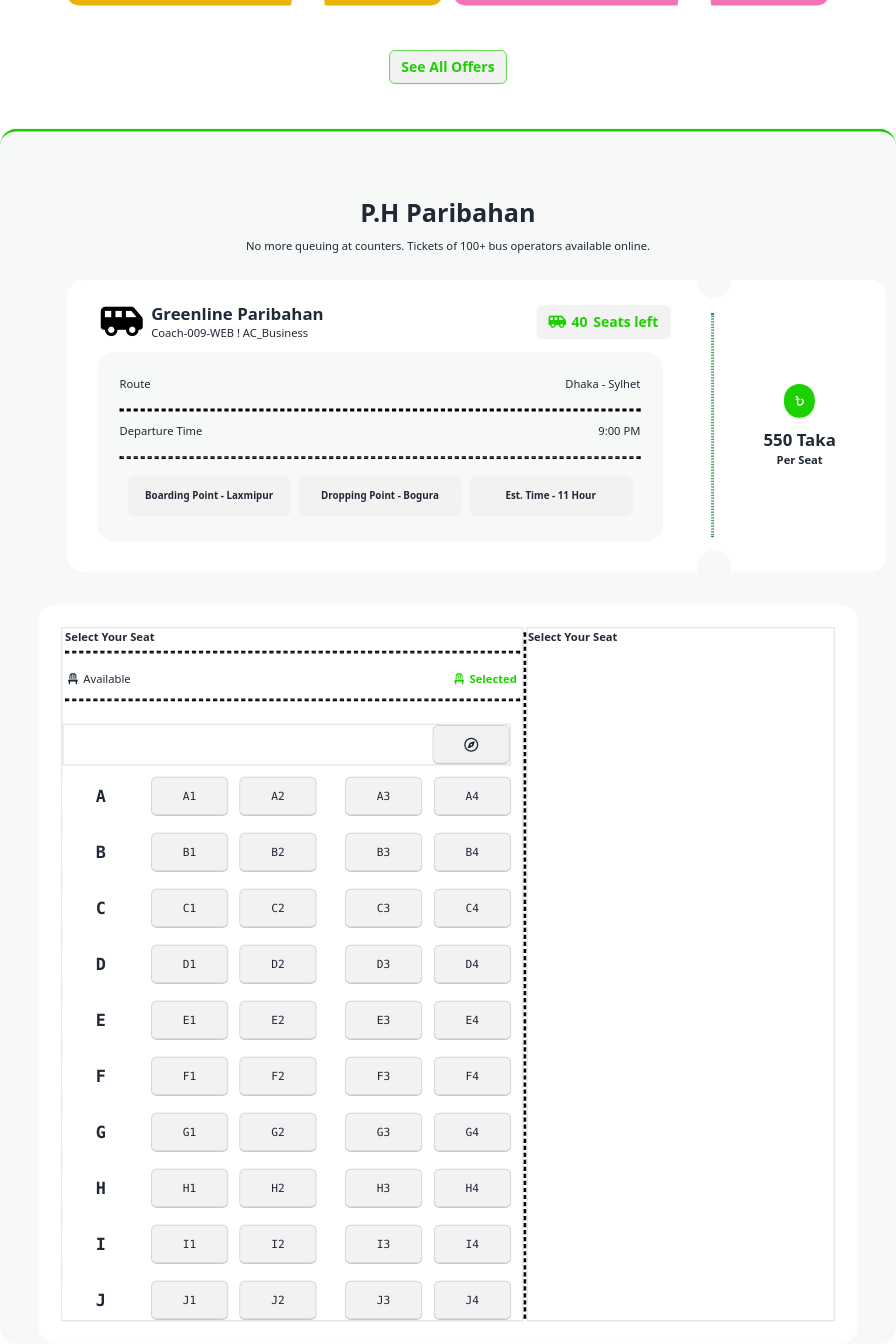
Repository: RudrasahaDibos/Smart-ticketing
Page: index.html
The author's editor kept a copy of each file at every save. The page is drawn from the files as they stood at one save, then again after the next save.
The browser window is 1280 px wide. The pictures show the part of the page from y = 1134 to 3054 px (the page is 3054 px tall), at 70% of full size.
Some web fonts or font styles are not loaded; a fallback is used. Some web libraries are served in a nearby version.

Above is the page before, as saved 2024-11-10 14:16:06.

### index.html
<!DOCTYPE html>
<html lang="en">
  <head>
    <meta charset="UTF-8">
    <meta name="viewport" content="width=device-width, initial-scale=1.0">
    <title>Smart-ticketing</title>
    <!-- tailwind link -->
    <link href="https://cdn.jsdelivr.net/npm/daisyui@4.12.14/dist/full.min.css"
      rel="stylesheet" type="text/css" />
    <script src="https://cdn.tailwindcss.com"></script>
    <!-- font awesome link -->
    <link rel="stylesheet"
      href="https://cdnjs.cloudflare.com/ajax/libs/font-awesome/6.6.0/css/all.min.css"
      integrity="sha512-Kc323vGBEqzTmouAECnVceyQqyqdsSiqLQISBL29aUW4U/M7pSPA/gEUZQqv1cwx4OnYxTxve5UMg5GT6L4JJg=="
      crossorigin="anonymous" referrerpolicy="no-referrer" />

    <!-- google fonts  -->
    <link rel="preconnect" href="https://fonts.googleapis.com">
    <link rel="preconnect" href="https://fonts.gstatic.com" crossorigin>
    <link
      href="https://fonts.googleapis.com/css2?family=Anton+SC&family=Manrope:wght@200..800&family=Raleway:ital,wght@0,100..900;1,100..900&display=swap"
      rel="stylesheet">

    <style>
.raleway{
  font-family: "Raleway", sans-serif;
}
</style>

  </head>
  <body>
    <!-- header ends here -->
    <header class="container mx-auto lg:pl-24 lg:pr-24 lg:pt-4 w-[1400px]">
      <div>
        <!-- navbar starts here -->
        <div class="navbar bg-base-100">
          <div class="navbar-start">
            <div class="dropdown">
              <div tabindex="0" role="button" class="btn btn-ghost lg:hidden">
                <svg
                  xmlns="http://www.w3.org/2000/svg"
                  class="h-5 w-5"
                  fill="none"
                  viewBox="0 0 24 24"
                  stroke="currentColor">
                  <path
                    stroke-linecap="round"
                    stroke-linejoin="round"
                    stroke-width="2"
                    d="M4 6h16M4 12h8m-8 6h16" />
                </svg>
              </div>
              <ul
                tabindex="0"
                class="menu menu-sm dropdown-content bg-base-100 rounded-box z-[1] mt-3 w-52 p-2 shadow">
                <li><a>Home</a></li>
                <li><a>About</a></li>
                <li><a>Destination</a></li>
                <li><a>Search</a></li>
              </ul>
            </div>
            <a class="btn btn-ghost text-2xl font-extrabold">E-Ticket</a>
          </div>
          <div class="navbar-center hidden lg:flex">
            <ul class="menu menu-horizontal px-1">
              <li><a>Home</a></li>
              <li><a>About</a></li>
              <li><a>Destination</a></li>
              <li><a>Search</a></li>
            </ul>
          </div>
          <div class="navbar-end">
            <a class="btn text-[#1DD100]  border-1  text-xl">Bus <i
                class="fa-solid fa-van-shuttle"></i></a>
          </div>
        </div>
      </div>

      <!-- banner start here -->

      <div
        class="hero h-[550px] mt-8 bg-[url('/images/banner.png')] rounded-3xl relative">

        <div class="hero-content text-neutral-content text-center">
          <div class>
            <h1 class="mb-5 text-5xl font-extrabold">End-to-End Travel with <br>
              <span class="text-5xl text-[#1DD100]  font-extrabold">P
                Paribahan</span></h1>
            <p class="mb-5">
              A one-stop solution for your travel needs

              Introducing you to the Shohoz way of life
            </p>
            <button class="btn bg-[#1DD100] border-none">Buy Tickets</button>
          </div>
        </div>
      </div>

      <!-- banner end here -->

      <!-- 3 card start here  -->

      <div
        class=" flex justify-between items-center gap-4 pl-16 pr-16 absolute -bottom-4   ">
        <div
          class="stat flex bg-white justify-center items-center shadow-xl  border-b-4 border-b-[#1DD100]  rounded-2xl w-[338px] h-[138px]">
          <div class="text-[#1DD100] text-2xl font-extrabold ">
            <i class="fa-solid fa-users"></i>
          </div>

          <div>
            <div class="stat-value">500K+</div>
            <div class="stat-desc text-xl ">Registered users</div>
          </div>

        </div>

        <div
          class="stat flex bg-white justify-center items-center  border-b-4 border-b-[#1DD100] shadow-xl  rounded-2xl w-[338px] h-[138px]">
          <div class="text-[#1DD100] text-2xl font-extrabold ">
            <i class="fa-solid fa-ticket  "></i>

          </div>

          <div>
            <div class="stat-value">1.7 lacks</div>
            <div class="stat-desc text-xl ">Tickets sold</div>
          </div>

        </div>

        <div
          class="stat flex bg-white justify-center items-center  border-b-4 border-b-[#1DD100] shadow-xl  rounded-2xl w-[338px] h-[138px]">
          <div class="text-[#1DD100] text-2xl font-extrabold ">
            <i class="fa-solid fa-van-shuttle"></i>

          </div>

          <div>
            <div class="stat-value">80K+</div>
            <div class="stat-desc text-xl ">Rental partners</div>
          </div>

        </div>
      </div>

      <!-- 3 card ends here -->

      <!-- navbar Ends here -->
    </header>
    <!-- header ends here -->

    <!-- main start here -->
    <main class>
      <!-- Best offers for you start here -->
      <section
        class="mt-40 container mx-auto  lg:pl-24 lg:pr-24 lg:pt-4 w-[1400px]">
        <h1 class="text-4xl font-semibold text-center">Best offers for you</h1>
        <!-- two card start here -->
        <div class="flex  flex-col lg:flex-row gap-4 mt-10">
          <div class="bg-yellow-500  w-[573px] h-[220px]  rounded-2xl">

            <div>

              <div class=" w-[50%] mt-14 ml-14">
                <h1 class="text-4xl font-extrabold">15% OFF</h1>
                <p class="text-xl font-bold">on your next purchase</p>
                <p class="text-xl font-bold">use by January 2024</p>
              </div>

              <div class=" w-1/4 -mt-20 ml-auto mr-14  text-center">
                <h1 class="text-4xl font-extrabold">NEW15</h1>
                <p class="text-xl font-bold">Coupon Code</p>

              </div>
            </div>
            <p
              class="bg-white w-[48px] h-[48px] absolute mx-auto rounded-full ml-80 -mt-40  "></p>
            <p
              class="bg-white w-[48px] h-[48px] absolute mx-auto rounded-full ml-80 mt-[55px]  "></p>
            <p
              class="border-2 border-dotted border-white relative w-0 h-32 -mt-[95px] ml-[343px]  "></p>

          </div>
          <div class="bg-pink-400   w-[573px] h-[220px] rounded-2xl">
            <div>

              <div class=" w-[50%] mt-14 ml-14">
                <h1 class="text-4xl font-extrabold">20% OFF</h1>
                <p class="text-xl font-bold">on your next purchase</p>
                <p class="text-xl font-bold">use by January 2024</p>
              </div>

              <div class="  w-2/4 -mt-20 ml-[300px] mr-14  text-center">
                <h1 class="text-4xl font-extrabold">Couple 20</h1>
                <p class="text-xl font-bold">Coupon Code</p>

              </div>
            </div>
            <p
              class="bg-white w-[48px] h-[48px] absolute mx-auto rounded-full ml-80 -mt-40  "></p>
            <p
              class="bg-white w-[48px] h-[48px] absolute mx-auto rounded-full ml-80 mt-[55px]  "></p>
            <p
              class="border-2 border-dotted border-white relative w-0 h-32 -mt-[95px] ml-[343px]  "></p>
          </div>
        </div>
        <div class=" text-center mt-16">
          <a class="btn text-[#1DD100]  border-1 border-[#1DD100] text-xl">See
            All Offers
          </a>
        </div>
        <!-- two card end here -->
      </section>

      <!-- Best offers for you ends here -->
      <!-- tickeing process start here -->
      <section
        class="bg-[#F7F8F8] w-full min-h-screen rounded-3xl mt-16 border-t-4 border-t-[#1DD100]">

        <div class="container mx-auto  lg:pl-24 lg:pr-24 lg:pt-4 w-[1400px]">
          <h1 class="text-4xl font-semibold text-center mt-20">P.H Paribahan
          </h1>
          <p class=" text-center w-[736px] h-[60px] mx-auto mt-4">No more
            queuing at counters. Tickets of 100+ bus operators available online.
          </p>
          <!-- Greenline Paribahan  start here-->

          <div
            class="bg-[#FFFFFF] w-[1170px] h-[418px] rounded-3xl  container mx-auto p-8 flex justify-between ">
            <div class=" w-3/4">
              <!-- Coach-009-WEB ! AC_Business start here -->
              <div class="flex justify-between ">

                <div class="flex justify-center items-center gap-3 ml-4 ">
                  <div class="text-5xl text-black  ">
                    <i class="fa-solid fa-van-shuttle "></i>
                  </div>
                  <div>
                    <h1 class="text-2xl font-bold">Greenline Paribahan</h1>
                    <p>Coach-009-WEB ! AC_Business</p>
                  </div>
                </div>

                <div class="flex felx-col justify-end mt-1">
                  <a class="btn text-[#1DD100]  border-1  text-xl"> <i
                      class="fa-solid fa-van-shuttle"></i> <span>40</span> Seats
                    left </a>
                </div>
              </div>
              <!-- Coach-009-WEB ! AC_Business end here -->

              <!-- Dhaka - Sylhet starts here -->
              <div
                class="bg-[#F7F8F8] w-[808px] h-[270px] mt-4 mx-auto rounded-3xl">

                <div class>
                  <div class="flex justify-between p-4 ">
                    <h1 class="ml-4 mt-4">Route</h1>
                    <h1 class="mr-4 mt-4">Dhaka - Sylhet</h1>
                  </div>

                  <div
                    class="border-dashed border-black border-2 mt-2  w-[744px] mx-auto h-0"></div>

                  <div class="flex justify-between p-4 ">
                    <h1 class="ml-4">Departure Time</h1>
                    <h1 class="mr-4">9:00 PM</h1>
                  </div>
                  <div
                    class="border-dashed border-black border-2 mt-2  w-[744px] mx-auto h-0"></div>

                  <div class="mt-2 p-4 flex justify-center items-center gap-3">
                    <button class="btn   w-[232px] h-[56px]">Boarding Point -
                      Laxmipur</button>
                    <button class="btn  w-[232px] h-[56px]">Dropping Point -
                      Bogura</button>
                    <button class="btn  w-[232px] h-[56px]">Est. Time - 11
                      Hour</button>
                  </div>
                </div>
              </div>
              <!-- Dhaka - Sylhet end here -->

            </div>

            <div
              class=" text-center flex flex-col justify-center items-center mr-10">
              <i
                class="fa-solid fa-bangladeshi-taka-sign bg-[#1DD100] rounded-full  p-4 text-white "></i>
              <h1 class="text-2xl font-semibold mt-4"><span>550</span> Taka</h1>
              <p class="font-bold">Per Seat</p>
            </div>

          </div>
          <p
            class="bg-[#F7F8F8] w-[48px] h-[48px] absolute mx-auto rounded-full ml-[900px] -mt-[440px]  "></p>
          <p
            class="bg-[#F7F8F8] w-[48px] h-[48px] absolute mx-auto rounded-full ml-[900px] -mt-8  "></p>
          <p
            class="border-2 border-dotted border-green-600 relative w-0 h-80 -mt-[370px] ml-[920px]  "></p>

          <!-- Greenline Paribahan  ends here-->
        </div>

        <!-- Select Your Seat star here  -->
        <div
          class="bg-[#FFFFFF] w-[1170px] h-[1056px] rounded-3xl mt-24 container mx-auto  ">

          <div class="flex justify-between p-8">
            <div class="w-3/5 border-2">
              <p class="font-semibold ml-1">Select Your Seat</p>
              <div
                class="border-dashed border-black border-2 mt-2  w-[650px] mx-auto h-0"></div>
              <!-- seat available start here -->
              <div class="flex justify-between mt-4">

                <div class="flex gap-2 justify-center items-center p-2 ">
                  <i class="fa-solid fa-chair"></i>
                  <p>Available</p>
                </div>
                <div
                  class="flex gap-2 justify-center items-center p-2 text-[#1DD100] ">
                  <i class="fa-solid fa-chair font-bold"></i>
                  <p class="font-bold">Selected</p>
                </div>

              </div>
              <!-- seat available ends here -->
              <div
                class="border-dashed border-black border-2 mt-2  w-[650px] mx-auto h-0"></div>
                <!-- seat planing start here -->
               <div class="mt-8">
                    <div class="text-end border-2 mr-4">
                      <kbd class="kbd  h-[56px] w-[110px] text-center mx-auto "><i class="fa-regular fa-compass text-xl"></i></kbd>
                    </div>
                    <!-- seat  start here-->
                     <div class="flex  justify-between">
                          <!-- seat is with door start -->
                          <div class="grid grid-cols-3  w-3/5 ">
                                  <div class="mx-auto mt-4 space-y-6">
                                    <kbd class="kbd  w-[110px] h-[56px] bg-[#ffffff]  border-none font-bold text-2xl">A</kbd>
                                    <kbd class="kbd  w-[110px] h-[56px]  bg-[#ffffff] border-none font-bold text-2xl">B</kbd>
                                    <kbd class="kbd  w-[110px] h-[56px]  bg-[#ffffff] border-none font-bold text-2xl">C</kbd>
                                    <kbd class="kbd  w-[110px] h-[56px]  bg-[#ffffff] border-none font-bold text-2xl">D</kbd>
                                    <kbd class="kbd  w-[110px] h-[56px]  bg-[#ffffff] border-none font-bold text-2xl">E</kbd>
                                    <kbd class="kbd  w-[110px] h-[56px]  bg-[#ffffff] border-none font-bold text-2xl">F</kbd>
                                    <kbd class="kbd  w-[110px] h-[56px]  bg-[#ffffff] border-none font-bold text-2xl">G</kbd>
                                    <kbd class="kbd  w-[110px] h-[56px]  bg-[#ffffff] border-none font-bold text-2xl">H</kbd>
                                    <kbd class="kbd  w-[110px] h-[56px]  bg-[#ffffff] border-none font-bold text-2xl">I</kbd>
                                    <kbd class="kbd  w-[110px] h-[56px]  bg-[#ffffff] border-none font-bold text-2xl">J</kbd>
                                  </div>

                                  <div class="mt-4 space-y-6">
                                    <kbd class="kbd w-[110px] h-[56px] ">A1</kbd>
                                    <kbd class="kbd w-[110px] h-[56px] ">B1</kbd>
                                    <kbd class="kbd w-[110px] h-[56px] ">C1</kbd>
                                    <kbd class="kbd w-[110px] h-[56px] ">D1</kbd>
                                    <kbd class="kbd w-[110px] h-[56px] ">E1</kbd>
                                    <kbd class="kbd w-[110px] h-[56px] ">F1</kbd>
                                    <kbd class="kbd w-[110px] h-[56px] ">G1</kbd>
                                    <kbd class="kbd w-[110px] h-[56px] ">H1</kbd>
                                    <kbd class="kbd w-[110px] h-[56px] ">I1</kbd>
                                    <kbd class="kbd w-[110px] h-[56px] ">J1</kbd>
                                  </div>

                                  <div class="mt-4 space-y-6">
                                    <kbd class="kbd w-[110px] h-[56px] ">A2</kbd>
                                    <kbd class="kbd w-[110px] h-[56px] ">B2</kbd>
                                    <kbd class="kbd w-[110px] h-[56px] ">C2</kbd>
                                    <kbd class="kbd w-[110px] h-[56px] ">D2</kbd>
                                    <kbd class="kbd w-[110px] h-[56px] ">E2</kbd>
                                    <kbd class="kbd w-[110px] h-[56px] ">F2</kbd>
                                    <kbd class="kbd w-[110px] h-[56px] ">G2</kbd>
                                    <kbd class="kbd w-[110px] h-[56px] ">H2</kbd>
                                    <kbd class="kbd w-[110px] h-[56px] ">I2</kbd>
                                    <kbd class="kbd w-[110px] h-[56px] ">J2</kbd>
                                  </div>
                          </div>
                         <!-- seat is with door end -->

                          <!-- seat is driver start -->
                            <div class="grid grid-cols-2   w-2/5 ml-6">
                                    <div class="mx-auto mt-4 space-y-6">
                                      <kbd class="kbd w-[110px] h-[56px] ">A3</kbd>
                                      <kbd class="kbd w-[110px] h-[56px] ">B3</kbd>
                                      <kbd class="kbd w-[110px] h-[56px] ">C3</kbd>
                                      <kbd class="kbd w-[110px] h-[56px] ">D3</kbd>
                                      <kbd class="kbd w-[110px] h-[56px] ">E3</kbd>
                                      <kbd class="kbd w-[110px] h-[56px] ">F3</kbd>
                                      <kbd class="kbd w-[110px] h-[56px] ">G3</kbd>
                                      <kbd class="kbd w-[110px] h-[56px] ">H3</kbd>
                                      <kbd class="kbd w-[110px] h-[56px] ">I3</kbd>
                                      <kbd class="kbd w-[110px] h-[56px] ">J3</kbd>
                                    </div>
                                    <div class="mx-auto mt-4 space-y-6">
                                      <kbd class="kbd w-[110px] h-[56px] ">A4</kbd>
                                      <kbd class="kbd w-[110px] h-[56px] ">B4</kbd>
                                      <kbd class="kbd w-[110px] h-[56px] ">C4</kbd>
                                      <kbd class="kbd w-[110px] h-[56px] ">D4</kbd>
                                      <kbd class="kbd w-[110px] h-[56px] ">E4</kbd>
                                      <kbd class="kbd w-[110px] h-[56px] ">F4</kbd>
                                      <kbd class="kbd w-[110px] h-[56px] ">G4</kbd>
                                      <kbd class="kbd w-[110px] h-[56px] ">H4</kbd>
                                      <kbd class="kbd w-[110px] h-[56px] ">I4</kbd>
                                      <kbd class="kbd w-[110px] h-[56px] ">J4</kbd>
                                    </div>
                            </div>
                            <!-- seat is driver end -->
                     </div>

                     <!-- seat end here -->
               </div>

               <!-- seat planing end here -->



            </div>









            <div
              class="border-dashed border-black border-2 mt-2  w-[0px] mx-auto h-[980px]"></div>

            <div class="border-2  w-2/5 ">
              <p class="font-semibold">Select Your Seat</p>
            </div>
          </div>

        </div>

        <!-- Select Your Seat end here  -->

      </section>
      <!-- tickeing process ends here -->

    </main>
    <!-- main ends here -->

    <!-- js add -->
    <script src="index.js"></script>
  </body>
</html>

Loaded but not shown: index.js (common file)

After the next save:
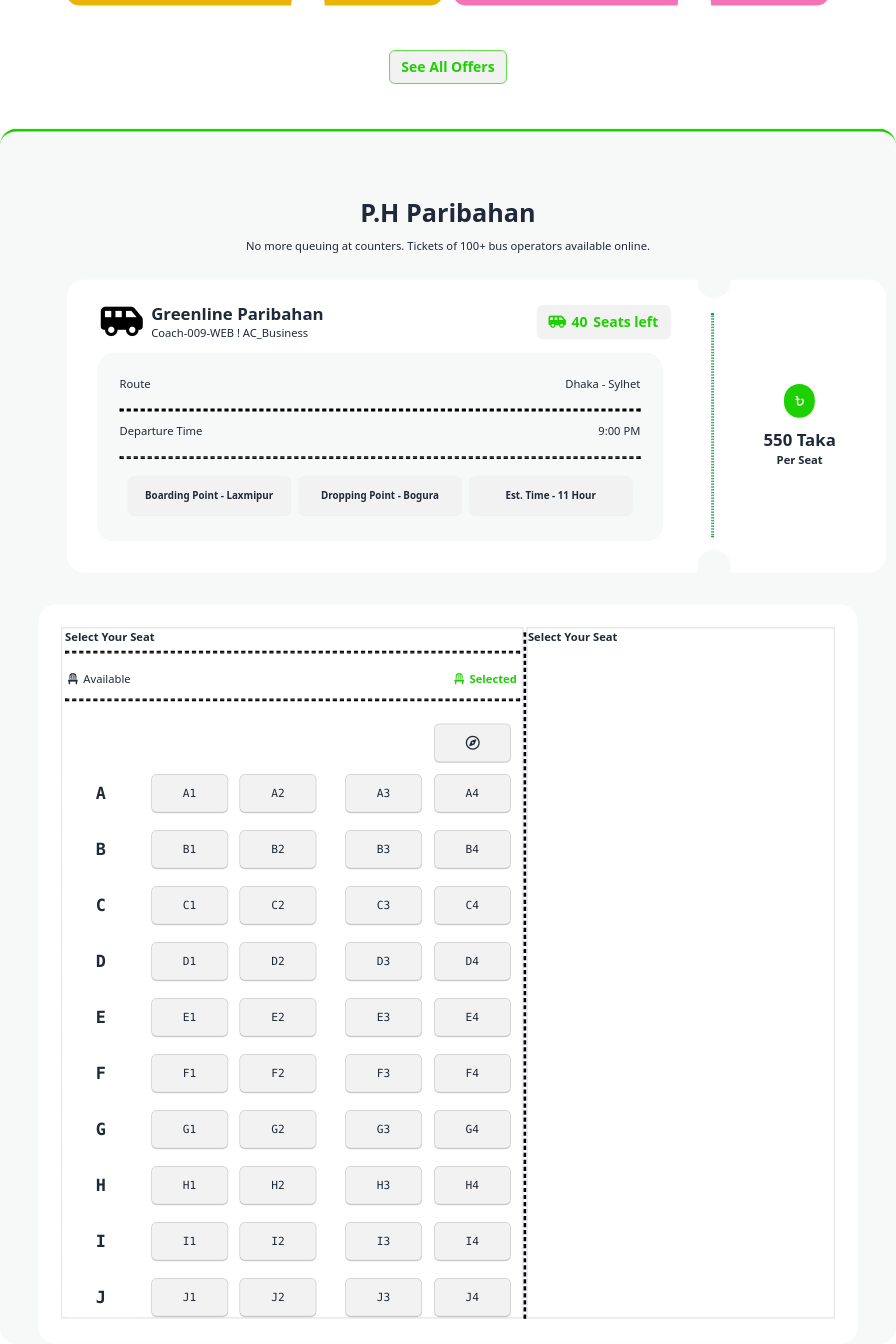
Saved 4 s later.
--- a/index.html
+++ b/index.html
@@ -331,7 +331,7 @@
                 class="border-dashed border-black border-2 mt-2  w-[650px] mx-auto h-0"></div>
                 <!-- seat planing start here -->
                <div class="mt-8">
-                    <div class="text-end border-2 mr-4">
+                    <div class="text-end  mr-4">
                       <kbd class="kbd  h-[56px] w-[110px] text-center mx-auto "><i class="fa-regular fa-compass text-xl"></i></kbd>
                     </div>
                     <!-- seat  start here-->
